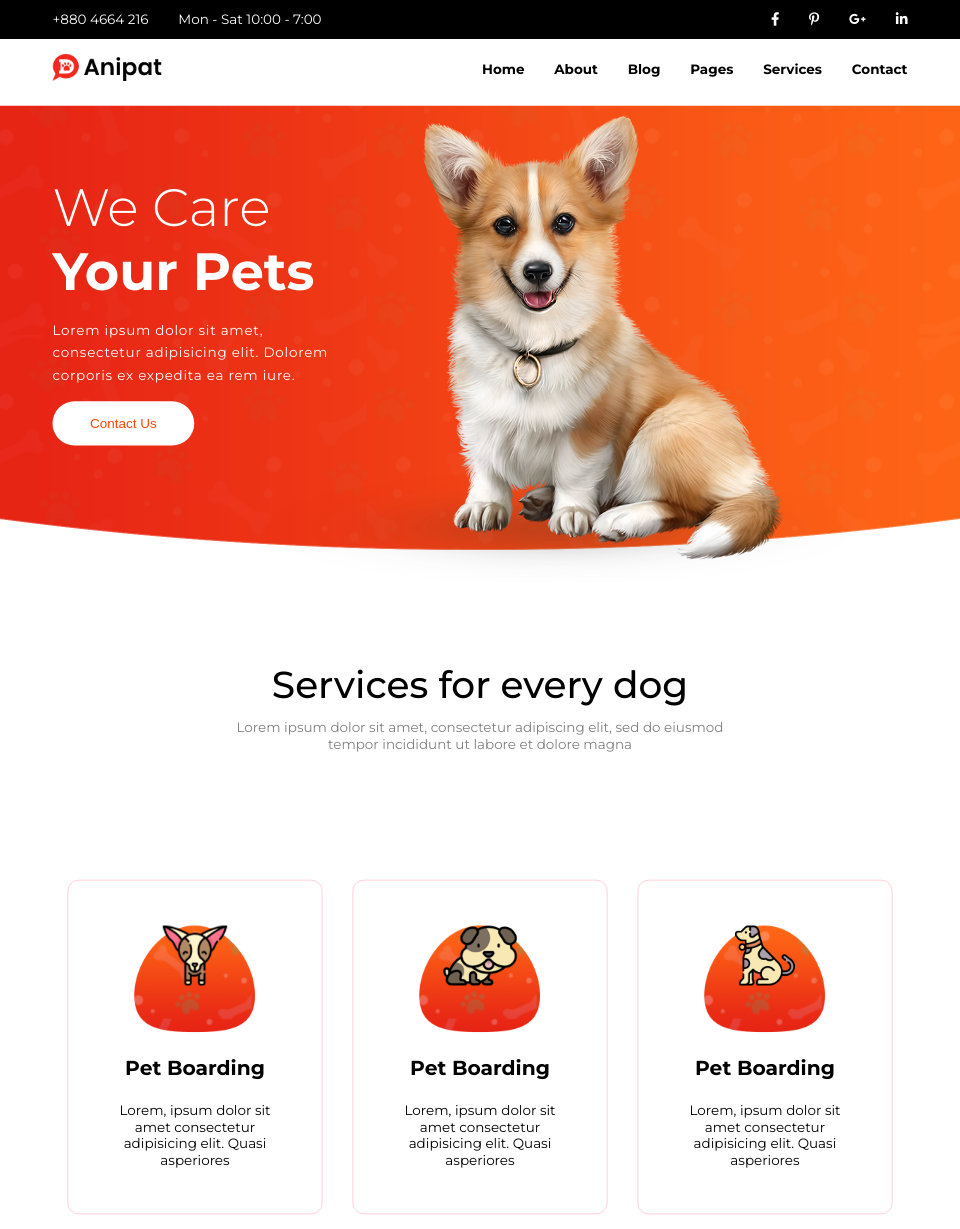
Repository: giahuy405/Day_2_Anipat
Page: index.html
These files come from the project's save history. The page is drawn as it stood at one moment and after the next save; the edit follows.
The browser window is 1280 px wide. The pictures show the whole page, at 75% of full size.

Above is the page before, as saved 2022-09-08 23:26:11.

### index.html
<!DOCTYPE html>
<html lang="en">
<head>
    <meta charset="UTF-8">
    <meta http-equiv="X-UA-Compatible" content="IE=edge">
    <meta name="viewport" content="width=device-width, initial-scale=1.0">
    <title>Anipat</title>
    <link rel="stylesheet" href="https://cdnjs.cloudflare.com/ajax/libs/font-awesome/6.2.0/css/all.min.css">
    <link href="https://fonts.googleapis.com/css2?family=Montserrat:wght@300;400;500;700&display=swap" rel="stylesheet">
    <link rel="stylesheet" href="./css/index.css">
</head>
<body>
    <header>
        <div class="header-top">
            <div class="container">
                <div class="header__contact">
                    <a href="#">+880 4664 216 </a>
                    <span>Mon - Sat 10:00 - 7:00</span>
                </div>
                <div class="header__social">
                    <ul>
                        <li><a href="#"><i class="fa-brands fa-facebook-f"></i></a></li>
                        <li><a href="#"><i class="fa-brands fa-pinterest-p"></i></a></li>
                        <li><a href="#"><i class="fa-brands fa-google-plus-g"></i></a></li>
                        <li><a href="#"><i class="fa-brands fa-linkedin-in"></i></a></li>
                    </ul>
                </div>
                <div class="clear"></div>
            </div>
        </div>
        <div class="header-bottom container">
            <img src="./img/logo.png" alt="Logo">
            <ul>
                <li><a href="#">Home</a></li>
                <li><a href="#">About</a></li>
                <li><a href="#">Blog</a></li>
                <li><a href="#">Pages</a></li>
                <li><a href="#">Services</a></li>
                <li><a href="#">Contact</a></li>
            </ul>
            <div class="clear"></div>
        </div>

    </header>
    <div class="carousel">
        <div class="container">
            <div class="carousel__content">
                <h1>We Care</h1>
                <h2>Your Pets</h2>
                <p>Lorem ipsum dolor sit amet, consectetur adipisicing elit. Dolorem corporis ex expedita ea rem iure.</p>
                <button>Contact Us</button>
            </div>
            <div class="carousel__dog">
                <img src="./img/dog.png" alt="Dog">
            </div>
            <div class="clear"></div>
        </div>
    </div>
    <div class="service">
        <div class="service-top">
            <h1>Services for every dog</h1>
            <p>Lorem ipsum dolor sit amet, consectetur adipiscing elit, sed do eiusmod tempor incididunt ut labore et dolore magna</p>
        </div>
        <div class="service-bottom container">
            <div class="service-card">
                <div class="service__item">
                    <div class="service__background">
                        <img src="./img/service_icon_1.png" alt="">
                    </div>
                    <h2>Pet Boarding</h2>
                    <p>Lorem, ipsum dolor sit amet consectetur adipisicing elit. Quasi asperiores</p>
                </div>
            </div>
            <div class="service-card">
                <div class="service__item">
                    <div class="service__background">
                        <img src="./img/service_icon_2.png" alt="">
                    </div>
                    <h2>Pet Boarding</h2>
                    <p>Lorem, ipsum dolor sit amet consectetur adipisicing elit. Quasi asperiores</p>
                </div>
            </div>
            <div class="service-card">
                <div class="service__item">
                    <div class="service__background">
                        <img src="./img/service_icon_3.png" alt="">
                    </div>
                    <h2>Pet Boarding</h2>
                    <p>Lorem, ipsum dolor sit amet consectetur adipisicing elit. Quasi asperiores</p>
                </div>
            </div>
            <div class="clear"></div>
        </div>
    </div>
</body>
</html>

### css/index.css
*{
    padding: 0;
    margin: 0;
    box-sizing: border-box;
}
.clear{
    clear: both;
}
html{
    font-size: 18px;
    font-family: 'Montserrat', sans-serif;
}
.container{
    width: 1140px;
    margin: 0 auto;
}
.header__contact{
    float: left;
}
.header__social{
    float: right;
}
.header-top{
    background-color: black;
    padding: 15px;
}
.header__contact a{
     color: white;
     text-decoration: none;
     transition: all 0.2s;
}
.header__contact a:hover{
    color: red;
}
.header__contact span{
    color: white;
    margin-left: 35px;
}
.header__social ul,.header-bottom ul{
    list-style: none;
}
.header__social li,.header-bottom li{
    display: inline;
    margin-left: 35px;
}
.header__social i{
    color: white;
    transition: all 0.2s;
}
.header__social i:hover{
    color: red;
}
.header-bottom ul{
    float: right;
}
.header-bottom a{
    text-decoration: none;
    font-weight: bold;
    color: black;
    transition: all 0.2;
    line-height: 40px;
}
.header-bottom a:hover{
    color: red;
}
.header-bottom{
    padding: 20px 0;
}
.carousel{
    background-image: url(../img/banner.png);
    background-position: center bottom;
    background-repeat: no-repeat;
    background-size: 100%;
    height: 600px;
    position: relative;
    margin-bottom: 150px;
}
.carousel__content{
    float: left;
    width: 33%;
    padding-top: 100px;
}
.carousel__dog{
    float: left;
    width: 67%;
    position: absolute;
    top: -10px;
    left: 315px;
    padding: 30px;
}
.carousel__content h1{
    color: white;
    font-size: 70px;
    font-weight: 300;
}
.carousel__content h2{
    color: white;
    font-size: 70px;
    font-weight: 700;
}
.carousel__content p{
    color: white;
    line-height: 30px;
    letter-spacing: 1px;
    margin: 20px 0;
}
.carousel__content button{
    padding: 19px 50px;
    border-radius: 30px;
    border: none;
    font-size: 18px;
    background-color: white;
    color: orangered;
    cursor: pointer;
}
.carousel__content button:hover{
    background-color: orangered;
    color: white;
}
.carousel__dog img{
    width: 100%;

}
.service{
    text-align: center;
}
.service-top h1{
    font-weight: 500;
    font-size: 50px;
    margin-bottom: 15px;
}
.service-top p{
    padding: 0 300px;
    color: grey;
}
.service-top{
    margin-bottom: 150px;
}
.service-card{
    float: left;
    width: 33.3333%;
}
.service__background{
    background-image: url(../img/service_icon_bg_1.png);
    width: 161px;
    height: 143px;
    background-position: center;
    margin: 0 auto;
}
.service__item{
    border: 1px solid pink;
    border-radius: 15px;
    padding: 60px 50px;
}
.service-card{
    padding: 20px;
}
.service__item h2{
    margin: 30px 0;
}

After the next save:
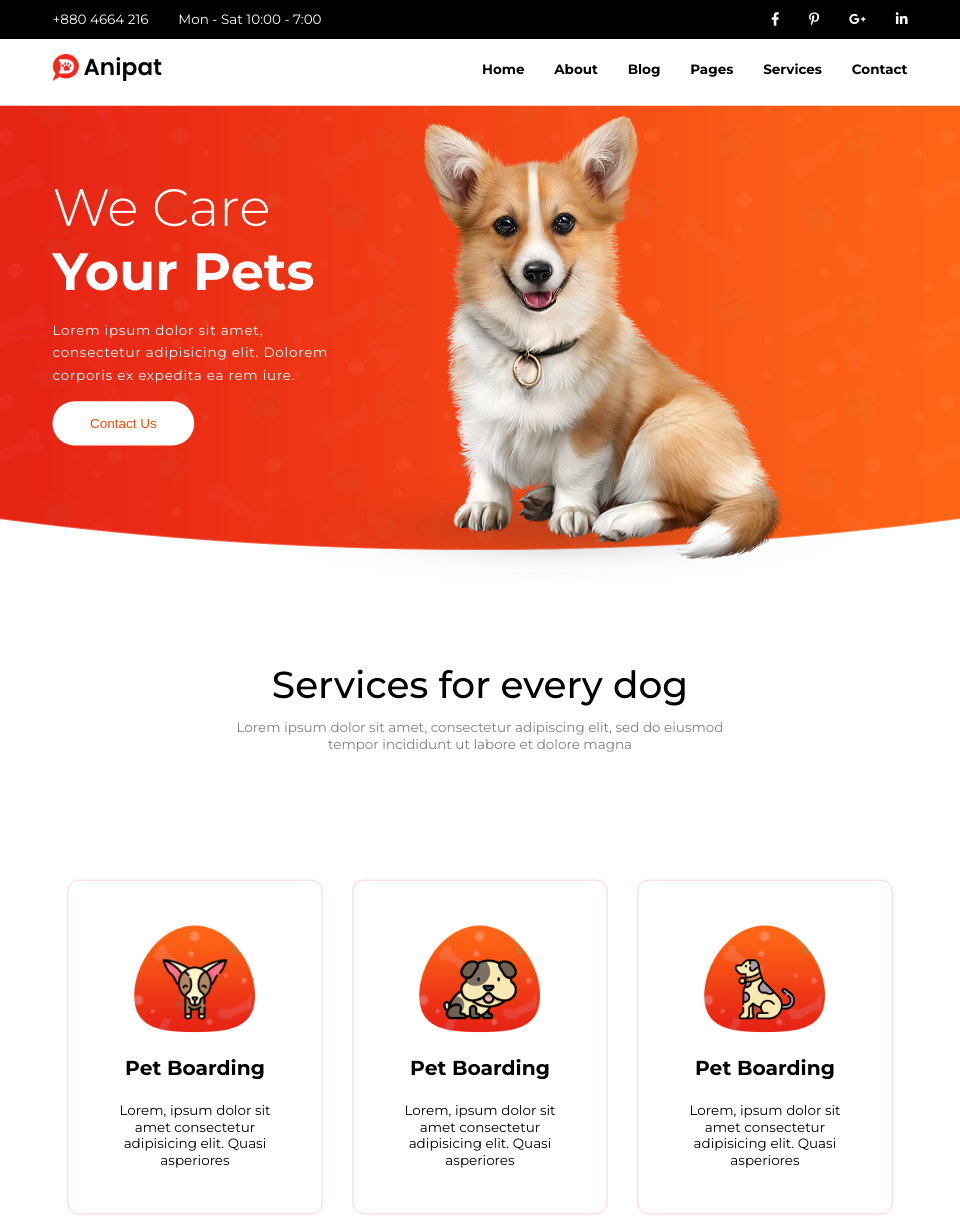
Saved 18 s later.
--- a/css/index.css
+++ b/css/index.css
@@ -155,6 +155,9 @@ html{
 .service-card{
     padding: 20px;
 }
+.service__item img{
+    padding-top: 45px;
+}
 .service__item h2{
     margin: 30px 0;
 }
